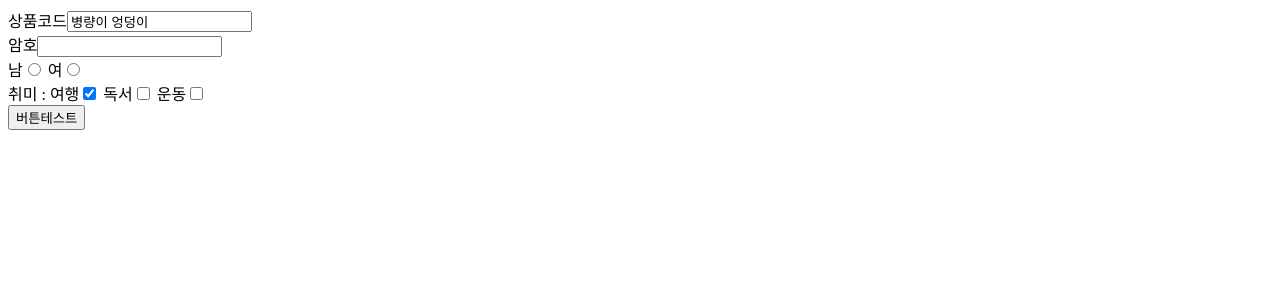
Repository: gunvv00/Java_practice
Page: html_work/html01/WebContent/Formtag01.html
An editor plug-in stored every save of this project. The page is shown before and after the next save, followed by the edit.
The browser window is 1280 px wide. The pictures show the whole page.

Above is the page before, as saved 2020-01-02 05:08:23.

After the next save:
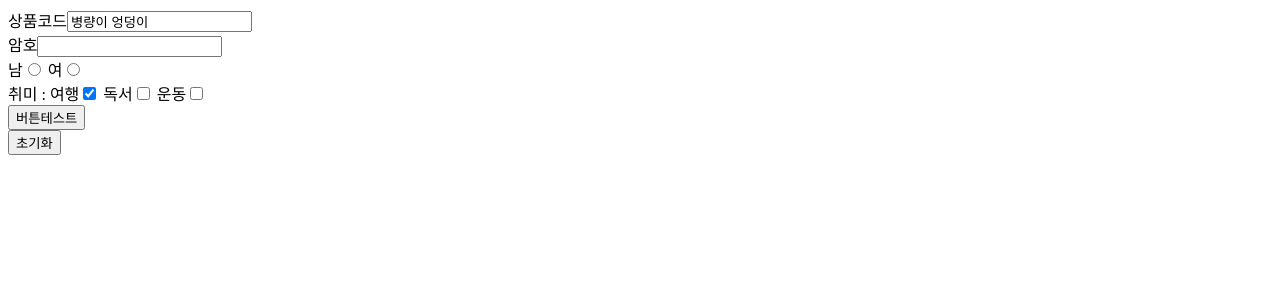
Saved 58 s later.
--- a/html_work/html01/WebContent/Formtag01.html
+++ b/html_work/html01/WebContent/Formtag01.html
@@ -10,10 +10,11 @@
 	암호<input type = "password" name=""><br/>
 	남<input type = "radio" name="gender"/>
 	여<input type = "radio" name="gender"/><br/>
-	취미 : 여행<input type = "checkbox" name="h1"checked>
-	독서<input type = "checkbox" name="h2">
-	운동<input type = "checkbox" name="h3"><br/>
-	<input type = "button" value="버튼테스트"/>
+	취미 : 여행<input type = "checkbox" name="h1"checked/>
+	독서<input type = "checkbox" name="h2"/>
+	운동<input type = "checkbox" name="h3"/><br/>
+	<input type = "button" value="버튼테스트"/><br/>
+	<input type = "reset" value="초기화"'/>
 </form>
 
 </body>
